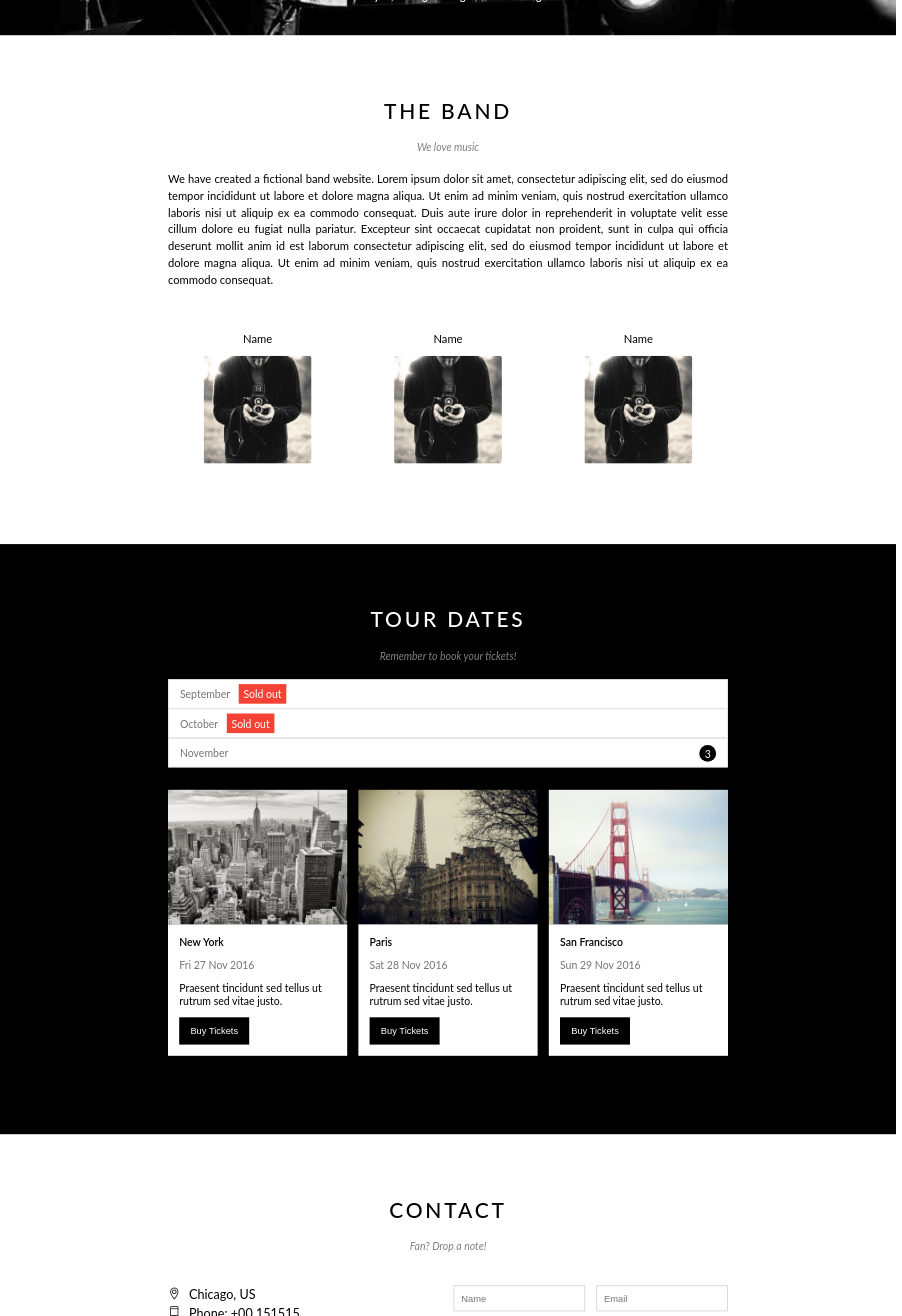
Repository: tatvanhco/web-dau-tay
Page: index.html
An editor plug-in stored every save of this project. The page is shown before and after the next save, followed by the edit.
The browser window is 1280 px wide. The page is 1280 px wide, then 1288 px, then 1280 px, so the pictures cover 1288 px, including what lies to the right of the window. The pictures show the part of the page from y = 636 to 2516 px (the page is 3659 px tall before and 3785 px after), at 70% of full size.

Above is the page before, as saved 2022-01-24 19:33:45.

### index.html
<!DOCTYPE html>
<html lang="en">
<head>
    <meta charset="UTF-8">
    <!-- <meta http-equiv="X-UA-Compatible" content="IE=edge"> -->
    <meta name="viewport" content="width=device-width, initial-scale=1.0">
    <title>the band</title>
    <link rel="shortcut icon" href="./assets/img/band/logo.png" type="image/x-icon">
    <link rel="stylesheet" href="./assets/fronts/themify-icons/themify-icons.css">
    <link rel="stylesheet" href="./assets/css/style.css">
    <link rel="stylesheet" href="./assets/css/responsive.css">
</head>
<body>
    <div id="main">
        <div id="header">
            <ul id="nav">
                <li><a href="#">home</a></li>
                <li><a href="#band">band</a></li>
                <li><a href="#tour">tour</a></li>
                <li><a href="#contact">contact</a></li>
                <li>
                    <a href="#">more
                        <i class="drop-down ti-angle-down"></i>
                    </a>
                    <div class="subnav">
                        <ul>
                            <li><a href="#">Merchandise</a></li>
                            <li><a href="#">Extras</a></li>
                            <li><a href="#">Media</a></li>
                        </ul>
                    </div>
                </li>
            </ul>
            <div class="search-btn">
                <i class="search-icon ti-search"></i>
            </div>
        </div>
        <div id="slide">
            <div class="text-content">
                <h2 class="text-heading">Chicago</h2>
                <div class="text-desc">Thank you, Chicago - A night we won't forget.</div>
            </div>
        </div>
        <div id="content">
            <div id="band" class="content-section">
                <h2 class="section-heading">THE BAND</h2>
                <p class="section-sub-heading">We love music</p>
                <p class="about">
                    We have created a fictional band website. Lorem ipsum dolor sit amet, consectetur adipiscing elit, sed do eiusmod tempor incididunt ut labore et dolore magna aliqua. Ut enim ad minim veniam, quis nostrud exercitation ullamco laboris nisi ut aliquip ex ea commodo consequat. Duis aute irure dolor in reprehenderit in voluptate velit esse cillum dolore eu fugiat nulla pariatur. Excepteur sint occaecat cupidatat non proident, sunt in culpa qui officia deserunt mollit anim id est laborum consectetur adipiscing elit, sed do eiusmod tempor incididunt ut labore et dolore magna aliqua. Ut enim ad minim veniam, quis nostrud exercitation ullamco laboris nisi ut aliquip ex ea commodo consequat.
                </p>
                <div class="row team">
                    <div class="col col-3 text-center">
                        <p class="team-name">Name</p>
                        <img src="./assets/img/band/member.jpg" class="team-img">
                    </div>

                    <div class="col col-3 text-center">
                        <p class="team-name">Name</p>
                        <img src="./assets/img/band/member.jpg" class="team-img">
                    </div>

                    <div class="col col-3 text-center">
                        <p class="team-name">Name</p>
                        <img src="./assets/img/band/member.jpg" class="team-img">
                    </div>
                </div>
            </div>

            <div id="tour" class="tour-section">
                <div class="content-section">
                    <h2 class="text-white section-heading">TOUR DATES</h2>
                    <p class="text-white section-sub-heading">Remember to book your tickets!</p>
                    <ul class="ticket-list">
                        <li>September<span class="soldout">Sold out</span></li>
                        <li>October<span class="soldout">Sold out</span></li>
                        <li>November<span class="quatity">3</span></li>
                    </ul>
                    <div class="row place-list">
                        <div class="col col-3">
                            <img src="./assets/img/places/place1.jpg" class="place-img">
                            <div class="place-body">
                                <h3 class="place-heading">New York</h3>
                                <p class="place-time">Fri 27 Nov 2016</p>
                                <p class="place-desc">Praesent tincidunt sed tellus ut rutrum sed vitae justo.</p>
                                <button class="btn js-buy-ticket">Buy Tickets</button>
                            </div>
                        </div>
                        <div class="col col-3">
                            <img src="./assets/img/places/place2.jpg" class="place-img">
                            <div class="place-body">
                                <h3 class="place-heading">Paris</h3>
                                <p class="place-time">Sat 28 Nov 2016</p>
                                <p class="place-desc">Praesent tincidunt sed tellus ut rutrum sed vitae justo.</p>
                                <button class="btn js-buy-ticket">Buy Tickets</button>
                            </div>
                        </div>
                        <div class="col col-3">
                            <img src="./assets/img/places/place3.jpg" class="place-img">
                            <div class="place-body">
                                <h3 class="place-heading">San Francisco</h3>
                                <p class="place-time">Sun 29 Nov 2016</p>
                                <p class="place-desc">Praesent tincidunt sed tellus ut rutrum sed vitae justo.</p>
                                <button class="btn js-buy-ticket">Buy Tickets</button>
                            </div>
                        </div>
                    </div>
                </div>
            </div>

            <div id="contact" class="content-section">
                <h2 class="section-heading">CONTACT</h2>
                <p class="section-sub-heading">Fan? Drop a note!</p>
                <div class="row contact-content">
                    <div class="col col-2 contact-info">
                        <p><i class="ti-location-pin"></i>Chicago, US</p>
                        <p><i class="ti-mobile"></i>Phone: +00 151515</p>
                        <p><i class="ti-email"></i>Email: mail@mail.com</p>
                    </div>
                    <div class="col col-2 contact-form">
                        <form action="">
                            <div class="row">
                                <div class="col col-2">
                                    <input type="text" placeholder="Name" required class="form-control">
                                </div>
                                <div class="col col-2">
                                    <input type="email" placeholder="Email" required class="form-control">
                                </div>
                            </div>
                            <div class="row mt-8">
                                <div class="col col-full">
                                    <input type="text" placeholder="Message" required class="form-control">
                                </div>
                            </div>
                            <input class="btn pull-right mt-16" type="submit" value="SEND">
                        </form>
                    </div>
                </div>
            </div>

            <div class="map-section">
                <img src="./assets/img/places/map.jpg" alt="map">
            </div>
        </div>

        <div id="footer">
            <div class="end-list">
                <a href=""><i class="ti-facebook"></i></a>
                <a href=""><i class="ti-instagram"></i></a>
                <a href=""><i class="ti-github"></i></a>
                <a href=""><i class="ti-pinterest"></i></a>
                <a href=""><i class="ti-twitter-alt"></i></a>
                <a href=""><i class="ti-linkedin"></i></a>
            </div>
            <p class="copy-right">Powered by <a href="https://www.w3schools.com/w3css/default.asp">W3.css</a></p>
        </div>
    </div>

    <div class="modal js-modal">
        <div class="modal-container js-modal-container">
            <header class="modal-header">
                <i class="ti-bag"></i>
                Tickets
            </header>
            <div class="close-btn js-modal-close">
                <i class="ti-close"></i>
            </div>
            <div class="modal-body">
                <label for="how-many" class="modal-label">
                    <i class="ti-shopping-cart"></i>
                    Tickets, $15 per person
                </label>
                <input type="text" placeholder="How many?" required id="how-many" class="modal-input">

                <label for="enter-email" class="modal-label">
                    <i class="ti-user"></i>
                    Send To
                </label>
                <input type="email" placeholder="Enter email" required id="enter-email" class="modal-input">

                <button class="buy-titkets">
                    Pay <i class="ti-check"></i>
                </button>
            </div>
            <footer class="modal-footer">
                <p class="modal-help">Need <a href="#">help?</a> </p>
            </footer>
        </div>
    </div>

    <script>
        const buyBtns = document.querySelectorAll('.js-buy-ticket')
        const modal = document.querySelector('.js-modal')
        const modalContainer = document.querySelector('.js-modal-container')
        const modalClose = document.querySelector('.js-modal-close')

        // hàm hiển thị modal mua vé (thêm class open vào modal)
        function showBuytickets() {
            modal.classList.add('open')
        }

        // hàm ẩn modal mua vé (xóa class open ra khỏi modal)
        function hidenBuytickets() {
            modal.classList.remove('open')
        }

        // lặp qua từng thẻ button và lắng nghe hành vi click
        for (const buyBtn of buyBtns) {
            buyBtn.addEventListener('click', showBuytickets)
        }

        // nghe hành vi click  vào button close
        modalClose.addEventListener('click', hidenBuytickets)

        modal.addEventListener('click', hidenBuytickets)

        modalContainer.addEventListener('click', function (event) {
            event.stopPropagation()
        })
    </script>
</body>
</html>

### assets/css/style.css
/* reset trang */
* {
    margin: 0;
    padding: 0;
    box-sizing: border-box;
}

html {
    scroll-behavior: smooth;
    font-family: "Lato", sans-serif;
}
/* dùng chung */
.clear {
    clear: both;
}

.text-white {
    color: #fff !important;
}

.text-center {
    text-align: center;
}

.pull-right {
    float: right !important;
}

.btn {
    color: #fff;
    background-color: #000;
    text-decoration: none;
    padding: 12px 16px;
    margin-top: 15px;
    display: inline-block;
    border: none;
}

.btn:hover {
    color: #000;
    background-color: #ccc;
    cursor: pointer;
}


.row {
    margin-left: -8px;
    margin-right: -8px;
}

.row::after {
    content: "";
    display: block;
    clear: both;
}

.col {
    float: left;
    padding-left: 8px;
    padding-right: 8px;
}

.col-3 {
    width: 33.33333%;
}

.col-2 {
    width: 50%;
}

.col-full {
    width: 100%;
}

.mt-8 {
    margin-top: 8px !important;
}

.mt-16 {
    margin-top: 16px !important;
}
/* css từng thành phần */
#header {
    width: 100%;
    height: 46px;
    background-color: #000;
    position: fixed;
    top: 0;
    left: 0;
    right: 0;
    z-index: 1;
}
#nav {
    display: inline-block;
}

#nav > li {
    display: inline-block;
}

#nav li {
    position: relative;
    list-style-type: none;
}

#nav > li > a {
    color: #fff;
    text-transform: uppercase;
}

#nav li a {
    text-decoration: none;
    padding: 0 24px;
    line-height: 46px;
    display: block;

}

#nav li:hover .subnav {
    display: block;
}

#nav .subnav li:hover a,
#nav > li:hover > a {
    background-color: #ccc;
    color: #000;
}

#nav .subnav {
    display: none;
    min-width: 160px;
    position: absolute;
    top: 100%;
    left: 0;
    background-color: #fff;
    box-shadow: 0 0 10px rgba(0, 0, 0, 0.3);
}

#nav .subnav a {
    color: #000;
    padding: 0px 24px;
    line-height: 38px;
}

#header .search-btn {
    float: right;
    padding: 0 22px;
    cursor: pointer;
}

#header .search-btn:hover {
    background-color: #f44336;
}

#header .search-icon {
    color: #fff;
    font-size: 20px;
    line-height: 46px;
}

#slide {
    position: relative;
    margin-top: 46px;
    padding-top: 50%;
    background: url(/assets/img/slider/chicago.jpg) top center / cover no-repeat;
}

#slide .text-content {
    color: #fff;
    position: absolute;
    bottom: 47px;
    /* cách canh giữa
    left: 50%;
    transform: translateX(-50%); */
    width: 100%;
    text-align: center;
}

#slide .text-heading {
    font-weight: 500;
    font-size: 24px;
}

#slide .text-desc {
    font-weight: 600;
    margin-top: 25px;
    font-size: 15px;
}

#content {

}

#content .content-section {
    max-width: 800px;
    margin-left: auto;
    margin-right: auto;
    padding: 64px 0 112px;
}

#content .section-heading,
#content .section-sub-heading {
    text-align: center;
    margin: 25px 0;
}

#content .section-heading {
    font-size: 30px;
    font-weight: 500;
    letter-spacing: 4px;
}

#content .section-sub-heading {
    font-size: 15px;
    opacity: 0.5;
    font-style: italic;
}

#content .about {
    text-align: justify;
    line-height: 1.5;
}

#content .team {
    margin-top: 48px;
}

#content .team-name {
    margin: 15px 0;
}

#content .team-img {
    width: 60%;
    border-radius: 4px;
    text-align: center;
}

.tour-section {
    background-color: #000;
}

.ticket-list {
    background-color: #fff;
}

.ticket-list li {
    color: #757575;
    list-style-type: none;
    font-size: 15px;
    border: 1px solid #ddd;
    padding: 11px 16px;
}

.ticket-list .soldout {
    color: #fff;
    margin-left: 12px;
    padding: 5px 7px;
    background-color: #f44336;
}

.ticket-list .quatity {
    float: right;
    width: 24px;
    height: 24px;
    border-radius: 50%;
    background-color: #000;
    color: #fff;
    text-align: center;
    line-height: 24px;
    margin-top: -2px;
}

.place-list {
    /* margin: 32px 48px; */
    margin-top: 32px;
    /* margin-bottom: 48px; */
}

.place-img {
    width: 100%;
    display: block;
}

.place-img:hover {
    opacity: 0.6;
}

.place-body {
    background-color: #fff;
    padding: 16px;
    font-size: 15px;
}

.place-heading {
    font-size: 15px;
    font-weight: 600;
}

.place-time {
    color: #757575;
    margin-top: 15px;
}

.place-desc {
    margin-top: 15px;
}

/* contact-form */
.contact-content {
    margin-top: 48px;

}

.contact-info {
    font-size: 18px;
    line-height: 1.5;
}

.contact-info i[class*="ti-"] {
    width: 30px;
    display: inline-block;
}

.contact-form {
    font-size: 15px;
}

.contact-form .form-control {
    padding: 10px;
    border: 1px solid #ccc;
    width: 100%;
}

.map-section img {
    width: 100%;
    filter: grayscale(50%);
}

#footer {
    padding: 64px 16px;
    text-align: center;
}

#footer .end-list {
    font-size: 24px;
}

#footer .end-list a {
    text-decoration: none;
    color: rgba(0, 0, 0, 0.6);
}

#footer .end-list a:hover {
    color: rgba(0, 0, 0, 0.8);
}

#footer .copy-right {
    font-size: 15px;
    margin: 20px;
    color: rgba(0, 0, 0, 0.6);
}

#footer .copy-right a {
    color: rgba(0, 0, 0, 0.6);
}

.modal {
    position: fixed;
    top: 0;
    bottom: 0;
    left: 0;
    right: 0;
    background-color: rgba(0, 0, 0, 0.4);
    align-items: center;
    justify-content: center;
    display: none;
}

.modal.open {
    display: flex;
}

header.modal-header {
    color: #fff;
    background-color: #009688;
    height: 130px;
    text-align: center;
    line-height: 130px;
    font-size: 30px;
    letter-spacing: 4px;
}

.modal-container {
    position: relative;
    background-color: #fff;
    width: 900px;
    min-height: 200px;
    max-width: calc(100% - 32px);
    animation: modalFadeIn ease 0.3s;
}

.close-btn {
    position: absolute;
    top: 0;
    right: 0;
    font-size: 20px;
    padding: 12px;
    cursor: pointer;
}

.close-btn:hover {
    background-color: #ccc;
    color: #000;
}

.modal-body {
    padding: 16px;
}

label.modal-label {
    display: block;
    font-size: 15px;
    margin-bottom: 12px;
}

input.modal-input {
    width: 100%;
    padding: 8px;
    border: 1px solid #ccc;
    margin-bottom: 24px;
}

button.buy-titkets {
    width: 100%;
    padding: 16px;
    background-color: #009688;
    border: none;
    font-size: 15px;
    font-weight: 00;
    color: #fff;
    cursor: pointer;
    text-transform: uppercase;
}

button.buy-titkets:hover {
    background-color: #ccc;
    color: #000;
}

p.modal-help {
    text-align: right;
    padding: 16px;
    font-size: 15px;
}

.modal-help a {
    color: #2196F3;
}

@keyframes modalFadeIn {
    from {
        transform: translateY(-140px);
    }
    to {
        transform: translateY(0);
    }
}

Loaded but not shown: assets/fronts/themify-icons/themify-icons.css (common file); assets/css/responsive.css (no copy from this time; the picture is the same without it)

After the next save:
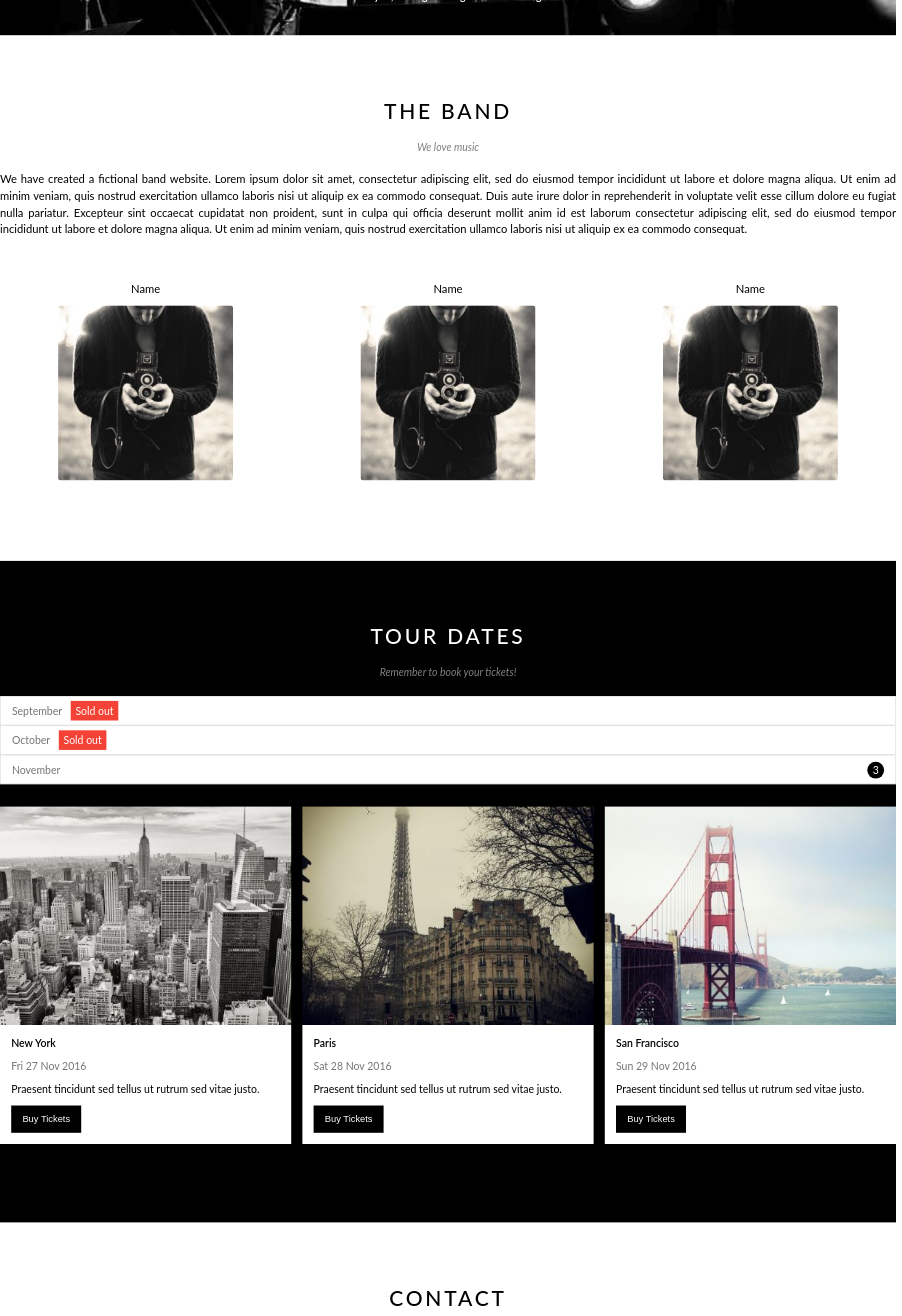
Saved 4 min 16 s later.
--- a/assets/css/style.css
+++ b/assets/css/style.css
@@ -193,6 +193,7 @@ html {
 
 #content .content-section {
     max-width: 800px;
+    max-width: 100%;
     margin-left: auto;
     margin-right: auto;
     padding: 64px 0 112px;

After the save that followed:
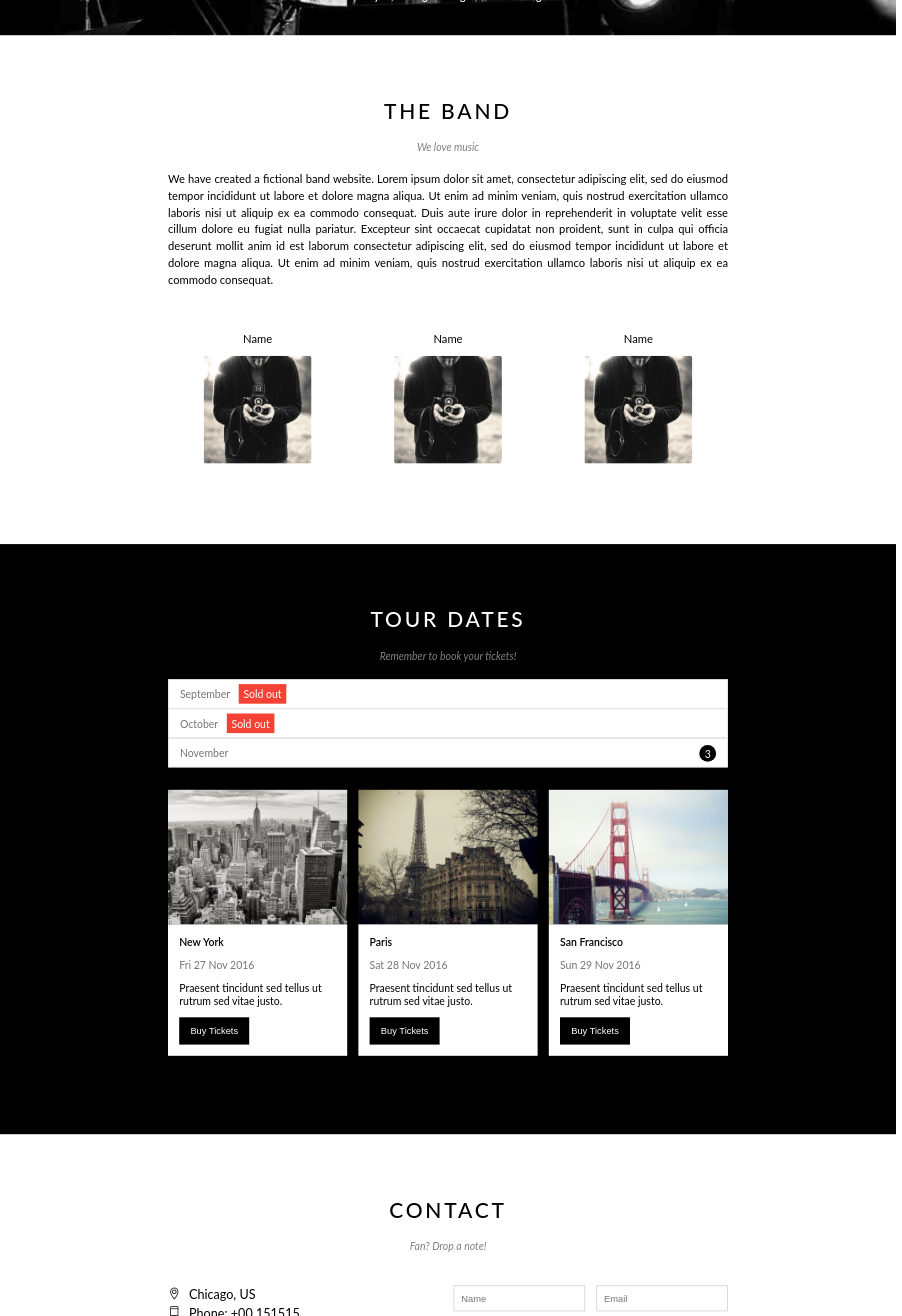
Saved 7 s later.
--- a/assets/css/style.css
+++ b/assets/css/style.css
@@ -192,7 +192,7 @@ html {
 }
 
 #content .content-section {
-    max-width: 800px;
+    width: 800px;
     max-width: 100%;
     margin-left: auto;
     margin-right: auto;
